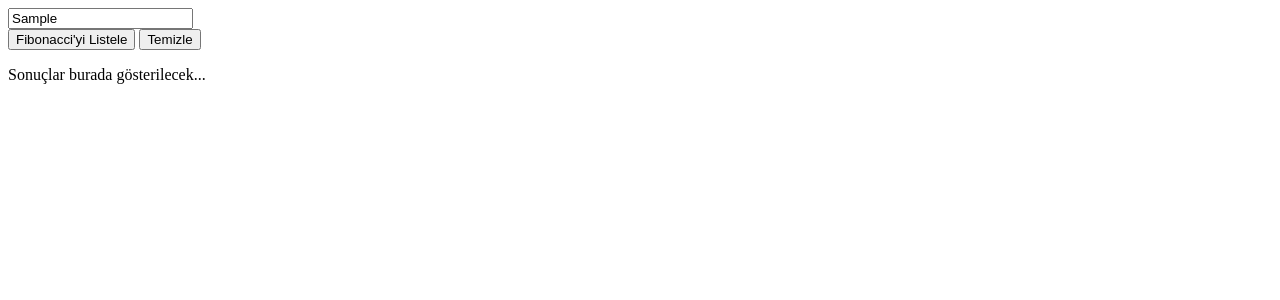
Repository: akifkerimgunsal/exercises-from-csharp-js-and-sqlqueries
Page: Javascript Beginner Exercises/4-fibonacci/public/fibonacci.html
These files come from the project's save history. The page is drawn as it stood at one moment and after the next save; the edit follows.
The browser window is 1280 px wide. The pictures show the whole page.
Empty fields were first filled with sample values (such as "Sample", 5 or name@example.com).
After loading, the first visible `#buton2` was clicked once.

Above is the page before, as saved 2024-02-11 15:20:41.
Console error: SyntaxError: Function statements require a function name

After the next save:
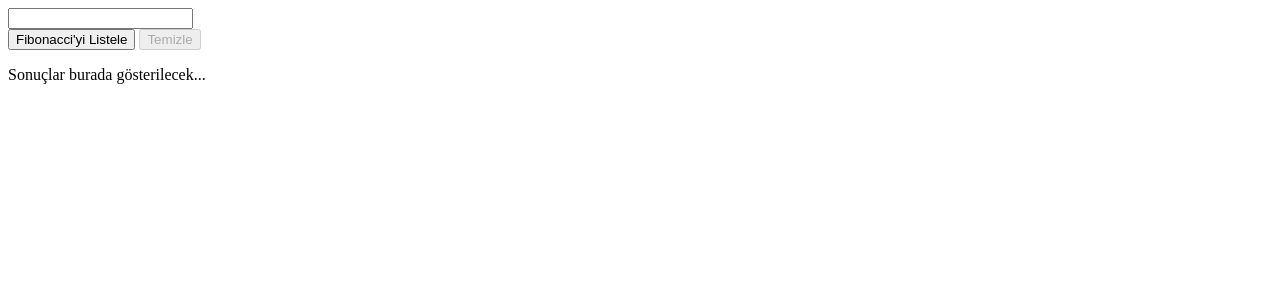
The error is gone.
Saved 3 min 6 s later.
--- a/Javascript Beginner Exercises/4-fibonacci/public/fibonacci.html
+++ b/Javascript Beginner Exercises/4-fibonacci/public/fibonacci.html
@@ -6,10 +6,10 @@
 	<script type="text/javascript" src="fibonacci.js"></script>
 </head>
 <body>
-	<input id="input1" type="text" >
+	<input id="input1" type="text" oninput="veriGirisi()" >
 	<br>
 	<button type="button" onclick="listele()"> Fibonacci'yi Listele</button>
-	<button id = "buton2" type="button" onclick="temizle()"> Temizle</button>
+	<button id="buton2" type="button" onclick="temizle()"> Temizle</button>
 	<p id="p1"> Sonuçlar burada gösterilecek...</p>
 </body>
 </html>
--- a/Javascript Beginner Exercises/4-fibonacci/public/fibonacci.js
+++ b/Javascript Beginner Exercises/4-fibonacci/public/fibonacci.js
@@ -2,12 +2,16 @@
  *
  */
 
-function() listele{
+function listele(){
 
 }
 
- function temizle(){
-	 document.getElementById("input1").value = " ";
+function veriGirisi(){
+	document.getElementById(buton2).disabled = false;
+}
+
+function temizle(){
+	 document.getElementById("input1").value = "";
 	 document.getElementById("p1").innerHTML = "Sonuçlar burada gösterilecek...";
 	 document.getElementById("buton2").disabled = true;
- }
+}
